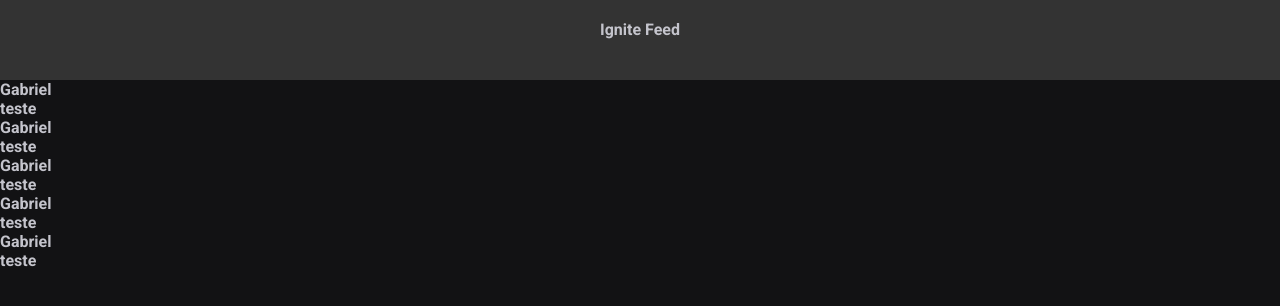
Repository: viniimartins/reactFundamentosRocketseat
Page: /
These files come from the project's save history. The page is drawn as it stood at one moment and after the next save; the edit follows.
The browser window is 1280 px wide. The pictures show the whole page.
The project was rebuilt for these pictures with package versions that can differ from the ones it lists, and the page was loaded fresh each time. Also part of the build but not shown: vite.config.js.

Above is the page before, as saved 2023-04-28 15:46:43.

### index.html
<!DOCTYPE html>
<html lang="en">
  <head>
    <meta charset="UTF-8" />

    <link rel="preconnect" href="https://fonts.googleapis.com">
    <link rel="preconnect" href="https://fonts.gstatic.com" crossorigin>

    <link rel="icon" type="image/svg+xml" href="/vite.svg" />
    <meta name="viewport" content="width=device-width, initial-scale=1.0" />


    <link href="https://fonts.googleapis.com/css2?family=Montserrat&family=Roboto:wght@700&display=swap" rel="stylesheet">


    <title>Vite + React</title>
  </head>
  <body>
    <div id="root"></div>
    <script type="module" src="/src/main.jsx"></script>
  </body>
</html>

### src/App.jsx
import { Header } from './Components/Header'
import { Post } from './Post'

import './global.css'


function App() {
  return (
    <>
      <Header />
      <Post
        author="Gabriel"
        content="teste"
      />
      <Post
        author="Gabriel"
        content="teste"
      />
      <Post
        author="Gabriel"
        content="teste"
      />
      <Post
        author="Gabriel"
        content="teste"
      />
      <Post
        author="Gabriel"
        content="teste"
      />
    </>
  )
}

export default App

### src/Components/Header.jsx
import styles from './Header.module.css';


export function Header() {
    return (
        <header className={styles.header}>
            <strong>Ignite Feed</strong>
        </header>
    );
}

### src/Post.jsx


export function Post({ author, content }) {
    return (
        <div>
            <strong>{author}</strong>
            <p>{content}</p>
        </div>

    )
}

### src/global.css
:root {
  --white: #fff;

  --gray-100: #e1e1e6;
  --gray-300: #c4c4cc;
  --gray-400: #8d8d99;
  --gray-500: #323238;
  --gray-700: #29292e;
  --gray-800: #202024;
  --gray-900: #121214;

  --green-500: #00875f;
}

* {
  margin: 0;
  padding: 0;
  box-sizing: border-box;
}

body {
  background: var(--gray-900);
  color: var(--gray-300);
  -webkit-font-smoothing: antialiased;
}


body , input , textarea , button {
    font-family: 'Roboto', sans-serif;
    font-weight: 400;
    font-size: 1rem;
}

### src/Components/Header.module.css
.header {
    background: #333;
    height: 80px;
    display: flex;
    justify-content: center;
    padding: 1.25rem 0
}

Loaded but not shown: src/main.jsx (common file)

After the next save:
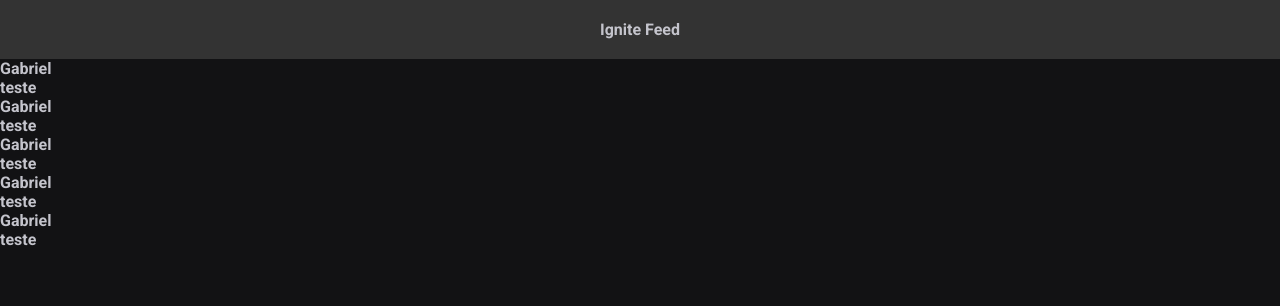
Saved 17 s later.
--- a/src/Components/Header.module.css
+++ b/src/Components/Header.module.css
@@ -1,6 +1,5 @@
 .header {
     background: #333;
-    height: 80px;
     display: flex;
     justify-content: center;
     padding: 1.25rem 0
